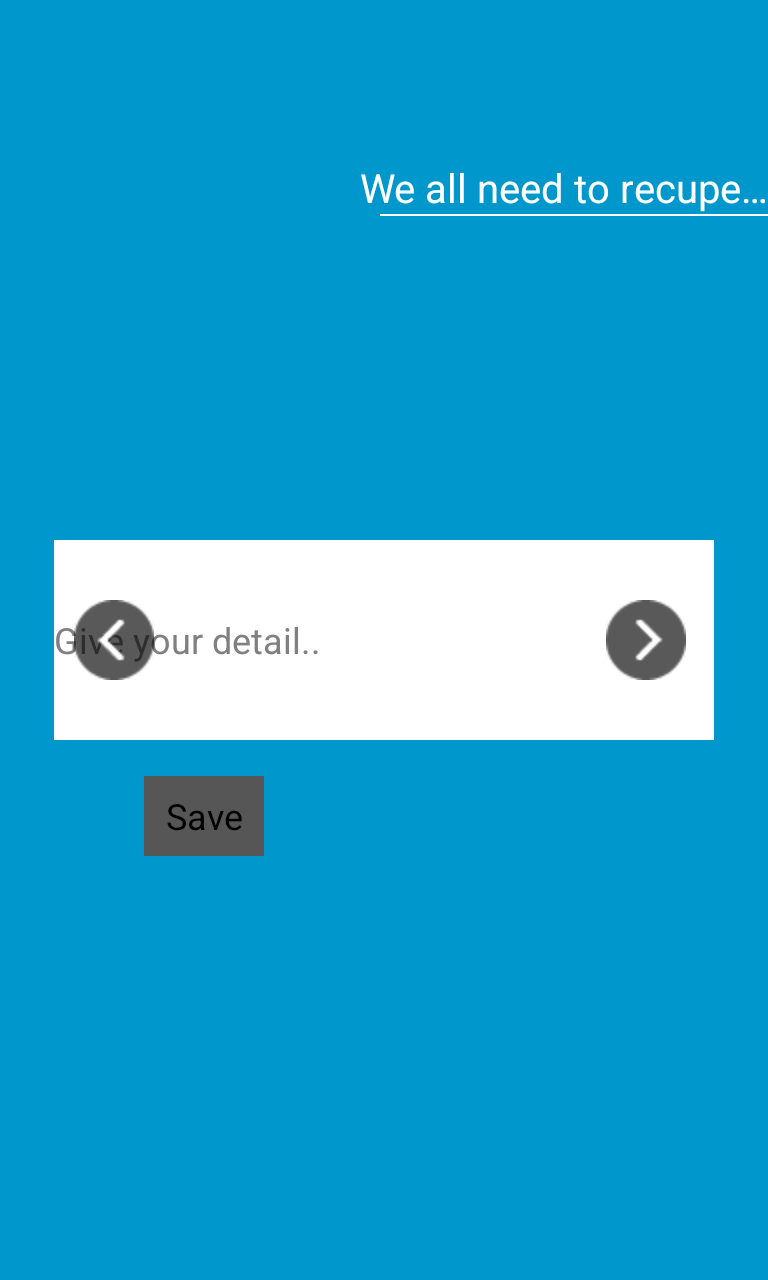
Repository: nanoweb12/GoodFeetAppNew
Layout: GoodFeetapp/res/layout/recuperate.xml
These files come from the project's save history. The layout is drawn as it stood at one moment and after the next save; the edit follows.
It is drawn on a 768 x 1280 px phone screen (xhdpi) without system bars, with theme MyTheme; the app's code is not run.

Above is the layout before, as saved 2015-02-17 12:44:42.

### GoodFeetapp/res/layout/recuperate.xml
<?xml version="1.0" encoding="utf-8"?>
<RelativeLayout xmlns:android="http://schemas.android.com/apk/res/android"
    android:layout_width="match_parent"
    android:layout_height="match_parent"
    android:background="#0098cc" >

<!--     <RelativeLayout
        android:layout_width="fill_parent"
      	android:layout_height="67dp"
        android:layout_alignParentLeft="true"
        android:layout_alignParentTop="true"
        android:background="#f3fafe"
        android:orientation="horizontal" >

        <ImageView
            android:layout_width="100dp"
            android:layout_height="wrap_content"
            android:layout_centerHorizontal="true"
            android:layout_marginBottom="9dp"
            android:layout_marginTop="9dp"
            android:background="@drawable/logo3" />
    </RelativeLayout> -->

    <TextView
        android:id="@+id/txt_recuperate"
        android:layout_width="fill_parent"
        android:layout_height="wrap_content"
        android:layout_marginLeft="180dp"
        android:layout_marginTop="80dp"
        android:text="We all need to recuperate.How do you rest and relex?"
         android:singleLine="true"
        android:textColor="#ffffff"
        android:textSize="20sp" />

    <View
        android:id="@+id/separator"
        android:layout_width="430dp"
        android:layout_height="1dip"
        android:layout_below="@+id/txt_recuperate"
        android:layout_marginLeft="190dp"
        android:background="#ffffff" />

    <EditText
        android:id="@+id/edt_recuperate"
        android:layout_width="330dp"
        android:layout_height="100dp"
        android:layout_centerHorizontal="true"
        android:layout_centerVertical="true"
        android:background="#ffffff"
        android:hint="Give your detail.." />

    <ImageView
        android:id="@+id/img_left"
        android:layout_width="50dp"
        android:layout_marginRight="30dp"
        android:layout_height="wrap_content"
        android:layout_alignParentLeft="true"
        android:layout_alignTop="@+id/img_right"
        android:layout_marginLeft="32dp"
        android:src="@drawable/left_arrow" />

    <Button
        android:id="@+id/btn_recuperate"
        android:layout_width="60dp"
        android:layout_height="40dp"
        android:layout_alignLeft="@+id/edt_recuperate"
        android:layout_below="@+id/edt_recuperate"
        android:layout_marginLeft="45dp"
        android:layout_marginTop="18dp"
        android:background="#565656"
        android:text="Save" />

    <ImageView
        android:id="@+id/img_right"
        android:layout_marginLeft="30dp"
        android:layout_width="50dp"
        android:layout_height="wrap_content"
        android:layout_alignParentRight="true"
        android:layout_centerVertical="true"
        android:layout_marginRight="36dp"
        android:src="@drawable/right_arrow" />

</RelativeLayout>

### GoodFeetapp/res/values-v11/styles.xml
<resources>
    <style name="MyTheme" parent="@android:style/Theme.Holo.Light">

    </style>

    <style name="MyActionBar" parent="@android:style/Widget.Holo.Light.ActionBar">
    <item name="android:actionBarSize">70dip</item>
         <item name="android:background">#D3D3D3</item>
    </style>
</resources>

### GoodFeetapp/res/values-v14/styles.xml
<!-- <resources>
    the theme applied to the application or activity
    <style name="CustomActionBarTheme"
           parent="@android:style/Theme.Holo.Light.DarkActionBar">

    </style>

    ActionBar styles
    <style name="MyActionBar"
           parent="@android:style/Widget.Holo.Light.ActionBar.Solid.Inverse">
       <item name="android:actionBarSize">70dip</item>
         <item name="android:background">#D3D3D3</item>

    </style>
</resources> -->

<resources>
    <style name="MyTheme" parent="@android:style/Theme.Holo.Light">

    </style>

    <style name="MyActionBar" parent="@android:style/Widget.Holo.Light.ActionBar">
    <item name="android:actionBarSize">100dip</item>
         <item name="android:background">#D3D3D3</item>
    </style>
</resources>

### GoodFeetapp/res/values/styles.xml
<resources>
    <style name="MyTheme" parent="@android:style/Theme.Holo.Light">

    </style>

    <style name="MyActionBar" parent="@android:style/Widget.Holo.Light.ActionBar">
    <item name="android:actionBarSize">70dip</item>
         <item name="android:background">#D3D3D3</item>
    </style>
</resources>

After the next save:
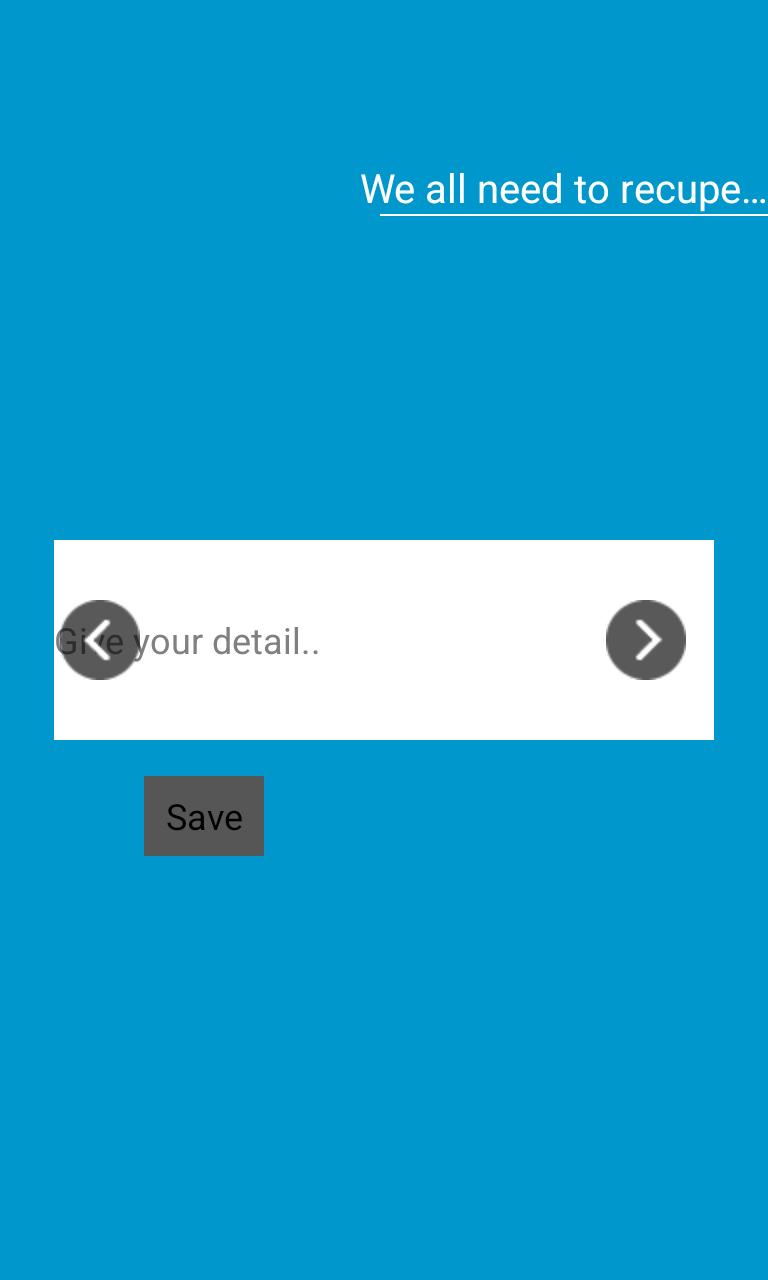
Saved 22 min 32 s later.
--- a/GoodFeetapp/res/layout/recuperate.xml
+++ b/GoodFeetapp/res/layout/recuperate.xml
@@ -56,7 +56,7 @@
         android:layout_height="wrap_content"
         android:layout_alignParentLeft="true"
         android:layout_alignTop="@+id/img_right"
-        android:layout_marginLeft="32dp"
+        android:layout_marginLeft="25dp"
         android:src="@drawable/left_arrow" />
 
     <Button
